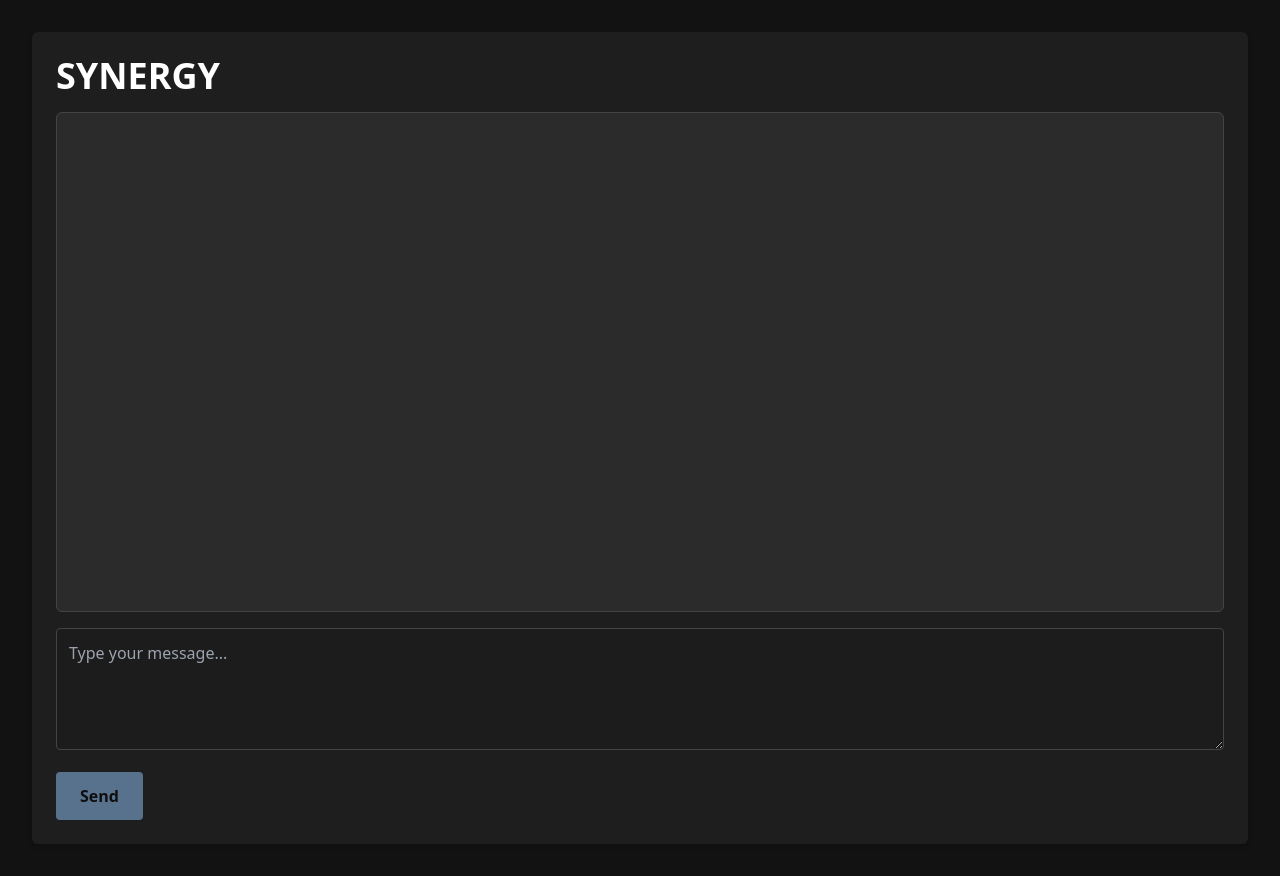
Repository: Theanh0410/Pre-thesis
Page: / (app in LLM/client/)
The author's editor kept a copy of each file at every save. The page is drawn from the files as they stood at one save, then again after the next save.
The browser window is 1280 px wide. The pictures show the whole page.
The project was rebuilt for these pictures with package versions that can differ from the ones it lists, and the page was loaded fresh each time. The framework's server and built-in components were replaced by stand-ins that run in the browser. Also part of the build but not shown: LLM/client/next.config.js, LLM/client/next.config.mjs.

Above is the page before, as saved 2025-04-16 18:05:16.

### LLM/client/pages/_app.js
import "../styles/global.css"
export default function App({ Component, pageProps }) {
  return <Component {...pageProps} />;
}

### LLM/client/pages/index.js
import { useState } from 'react';

export default function ChatApp() {
  const [prompt, setPrompt] = useState('');
  const [messages, setMessages] = useState([]);
  const [loading, setLoading] = useState(false);
  const [sidebarCollapsed, setSidebarCollapsed] = useState(false);

  const sendPrompt = async () => {
    if (!prompt.trim()) return;

    const userMsg = { role: 'user', text: prompt };
    setMessages(prev => [...prev, userMsg]);
    setPrompt('');
    setLoading(true);

    try {
      const res = await fetch('/api/chat', {
        method: 'POST',
        headers: { 'Content-Type': 'application/json' },
        body: JSON.stringify({ prompt: userMsg.text }),
      });

      if (!res.ok || !res.body) {
        throw new Error(`HTTP error: ${res.status}`);
      }

      let botMsg = { role: 'bot', text: '' };
      setMessages(prev => [...prev, botMsg]);

      const reader = res.body.getReader();
      const decoder = new TextDecoder();

      while (true) {
        const { done, value } = await reader.read();
        if (done) break;

        const chunk = decoder.decode(value);
        botMsg = { ...botMsg, text: botMsg.text + chunk };
        setMessages(prev => [...prev.slice(0, -1), botMsg]);
      }
    } catch (err) {
      console.error(err);
      setMessages(prev => [
        ...prev.slice(0, -1),
        { role: 'bot', text: `Error: ${err.message}` },
      ]);
    } finally {
      setLoading(false);
    }
  };

  return (
    <main className="min-h-screen p-8 bg-[#121212] text-[#e0e0e0] font-sans">
      <div className="max-w-[1500px] mx-auto bg-[#1e1e1e] p-6 rounded-md shadow-md">
        <h1 className="text-4xl text-white mb-4 font-semibold">SYNERGY</h1>

        <div className="h-[500px] text-2xl overflow-y-auto bg-[#2b2b2b] border border-[#444] rounded-md p-4 mb-4">
          {messages.map((msg, idx) => (
            <div
              key={idx}
              className={`mb-3 whitespace-pre-wrap break-words ${
                msg.role === 'user' ? 'text-blue-300' : 'text-green-300'
              }`}
            >
              <strong>{msg.role === 'user' ? 'You' : 'SYNERGY'}:</strong> {msg.text}
            </div>
          ))}
          {loading && (
            <div className="italic text-gray-400">SYNERGY is typing...</div>
          )}
        </div>

        <textarea
          className="w-full p-3 border border-[#444] rounded resize-y bg-[#1c1c1c] text-white mb-4"
          rows={4}
          value={prompt}
          onChange={(e) => setPrompt(e.target.value)}
          placeholder="Type your message..."
          onKeyDown={(e) => {
            if (e.key === 'Enter' && !e.shiftKey) {
              e.preventDefault();
              sendPrompt();
            }
          }}
        />

        <button
          className="px-6 py-3 bg-blue-300 text-black font-bold rounded disabled:opacity-50 hover:bg-blue-400 transition"
          onClick={sendPrompt}
          disabled={loading || !prompt.trim()}
        >
          {loading ? 'Thinking...' : 'Send'}
        </button>
      </div>
    </main>

  );
}

Loaded but not shown: LLM/client/pages/_document.js (common file); LLM/client/styles/global.css (common file); LLM/client/tailwind.config.js (common file)

After the next save:
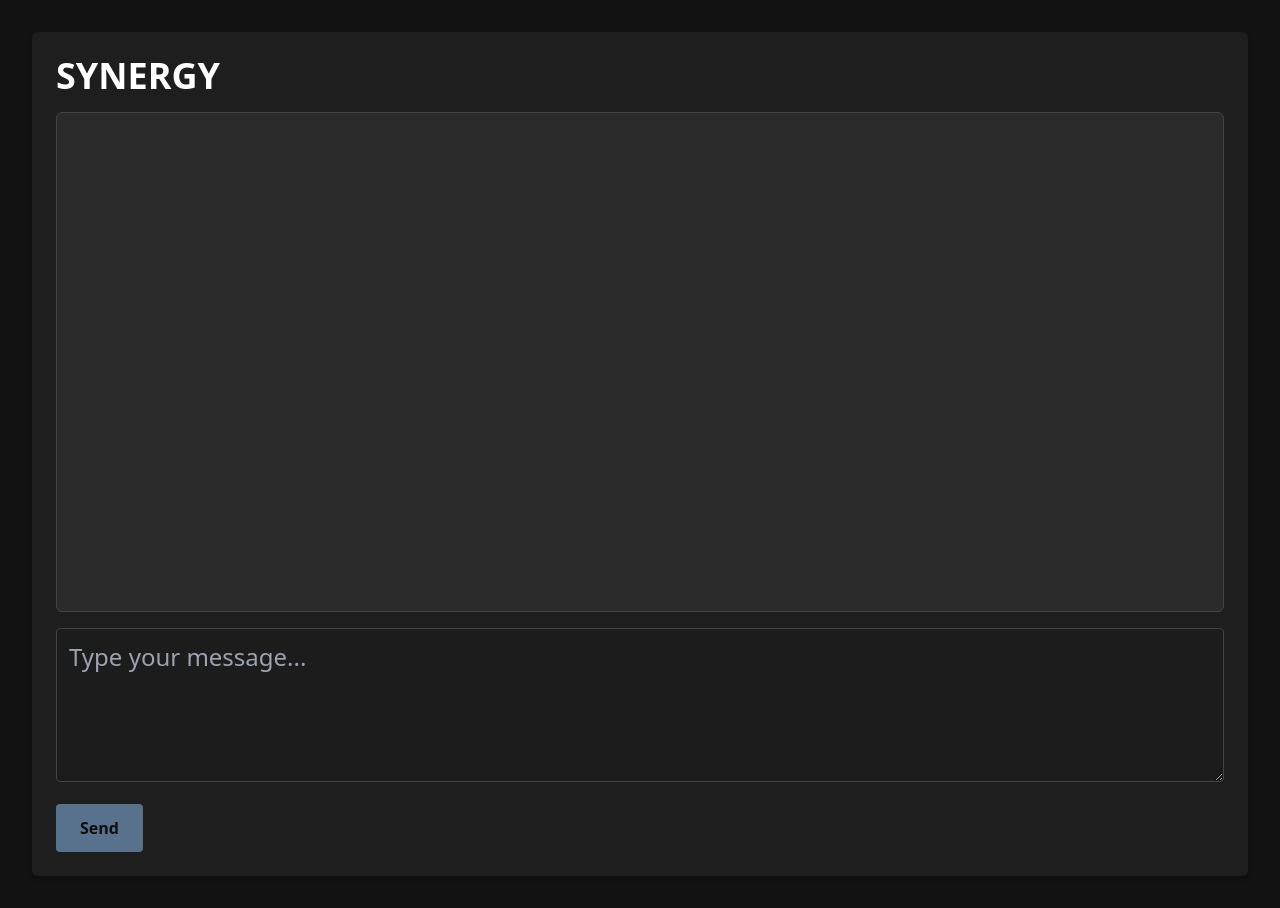
Saved 19 s later.
--- a/LLM/client/pages/index.js
+++ b/LLM/client/pages/index.js
@@ -55,7 +55,7 @@ export default function ChatApp() {
       <div className="max-w-[1500px] mx-auto bg-[#1e1e1e] p-6 rounded-md shadow-md">
         <h1 className="text-4xl text-white mb-4 font-semibold">SYNERGY</h1>
 
-        <div className="h-[500px] text-2xl overflow-y-auto bg-[#2b2b2b] border border-[#444] rounded-md p-4 mb-4">
+        <div className="h-[500px] overflow-y-auto bg-[#2b2b2b] border border-[#444] rounded-md p-4 mb-4">
           {messages.map((msg, idx) => (
             <div
               key={idx}
@@ -72,7 +72,7 @@ export default function ChatApp() {
         </div>
 
         <textarea
-          className="w-full p-3 border border-[#444] rounded resize-y bg-[#1c1c1c] text-white mb-4"
+          className="w-full p-3 text-2xl border border-[#444] rounded resize-y bg-[#1c1c1c] text-white mb-4"
           rows={4}
           value={prompt}
           onChange={(e) => setPrompt(e.target.value)}
